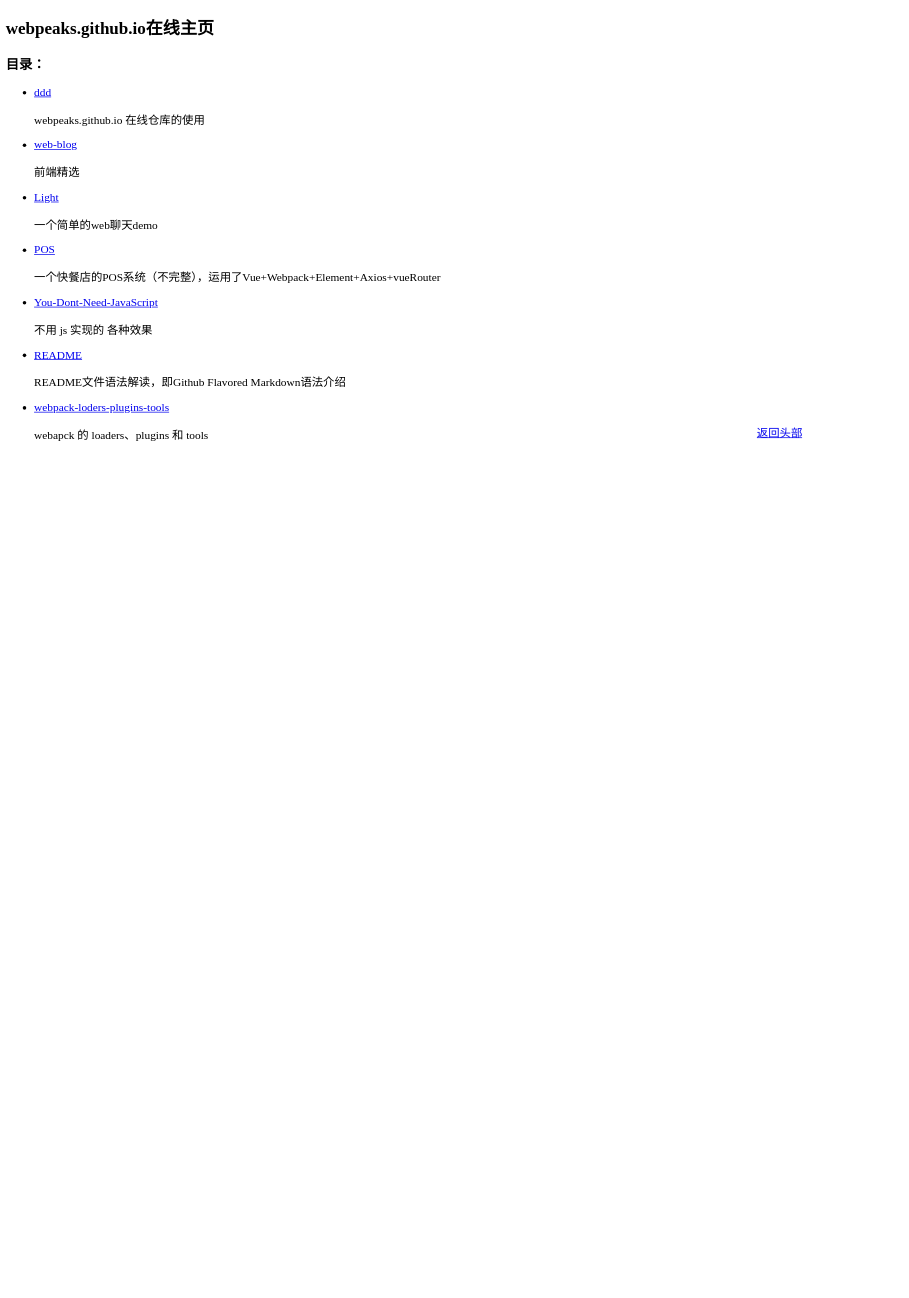
Repository: webpeaks/webpeaks.github.io
Page: index.html
An editor plug-in stored every save of this project. The page is shown before and after the next save, followed by the edit.
The browser window is 1280 px wide. The pictures show the whole page, at 71% of full size.

Above is the page before, as saved 2018-01-03 16:49:57.

After the next save:
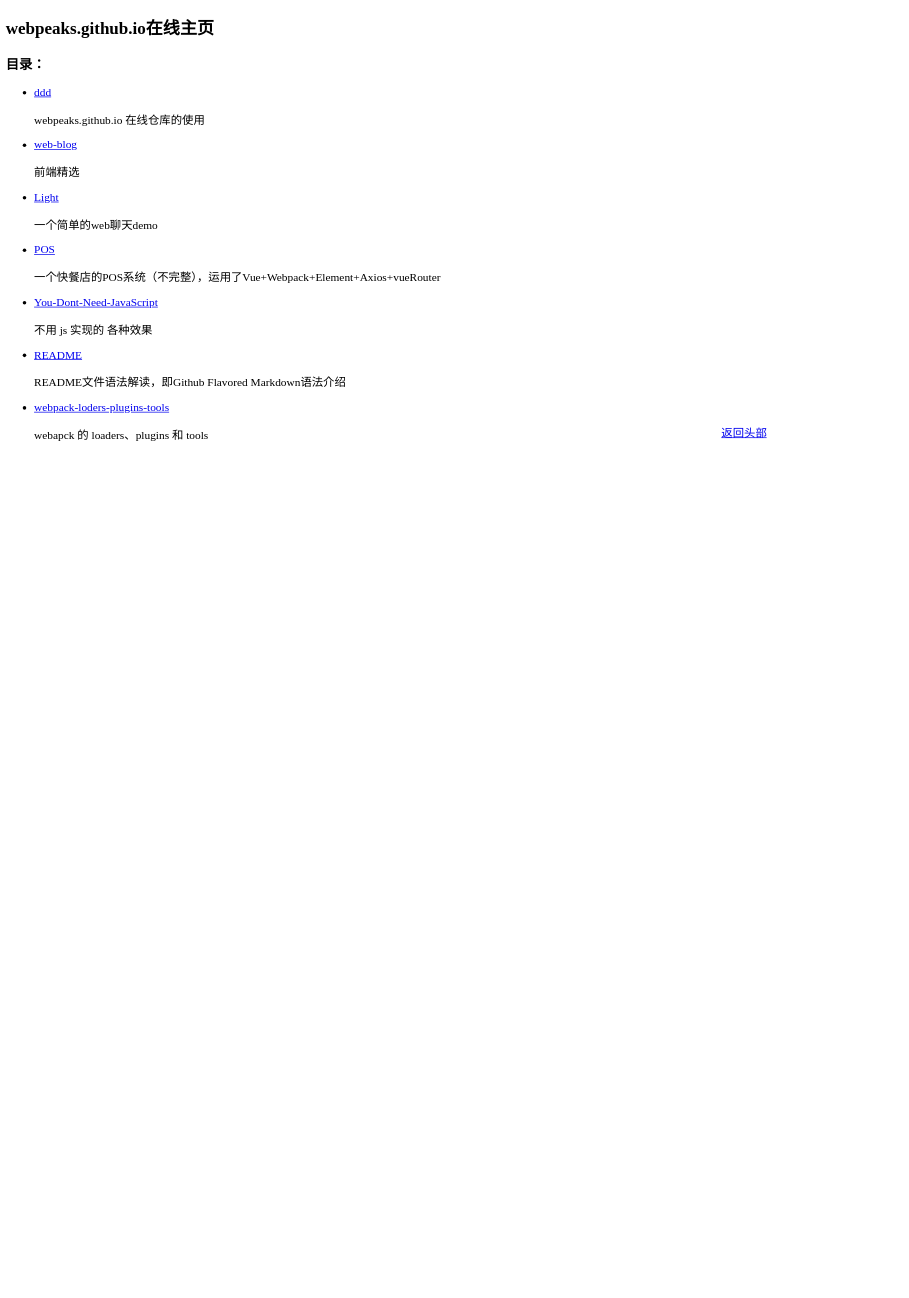
Saved 16 s later.
--- a/index.html
+++ b/index.html
@@ -14,7 +14,7 @@
         .back {
             position: fixed;
             bottom: 100px;
-            right: 150px;
+            right: 200px;
         }
     </style>
 </head>
